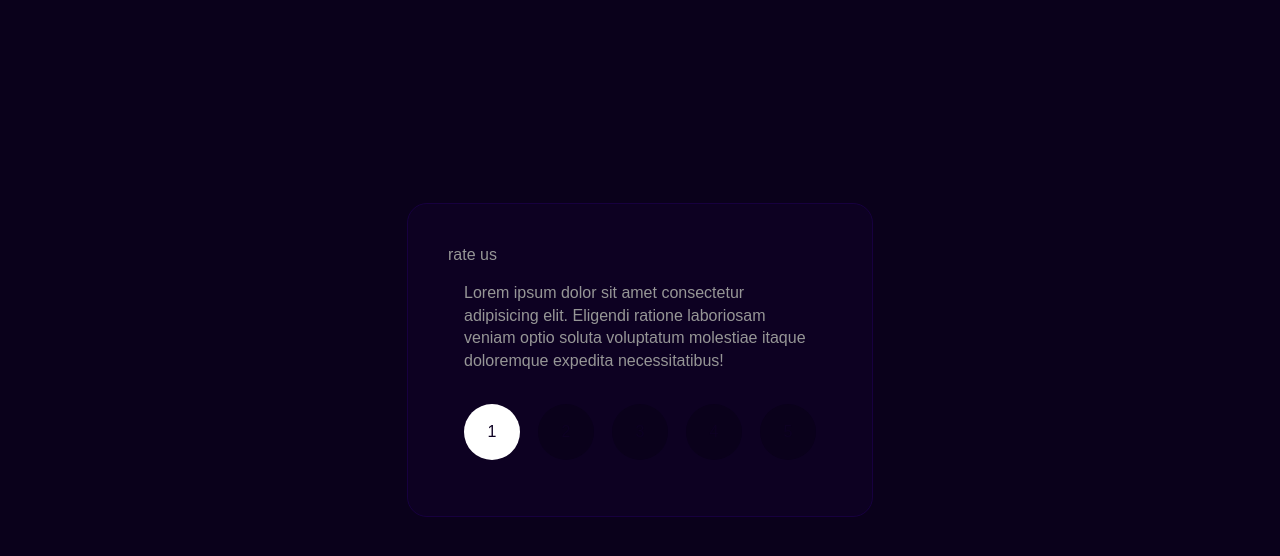
Repository: russel-success/xcodepp-TASK-2
Page: index.html
The author's editor kept a copy of each file at every save. The page is drawn from the files as they stood at one save, then again after the next save.
The browser window is 1280 px wide. The pictures show the whole page.
The pointer rests on the first visible `.rating`.

Above is the page before, as saved 2024-05-24 23:06:10.

After the next save:
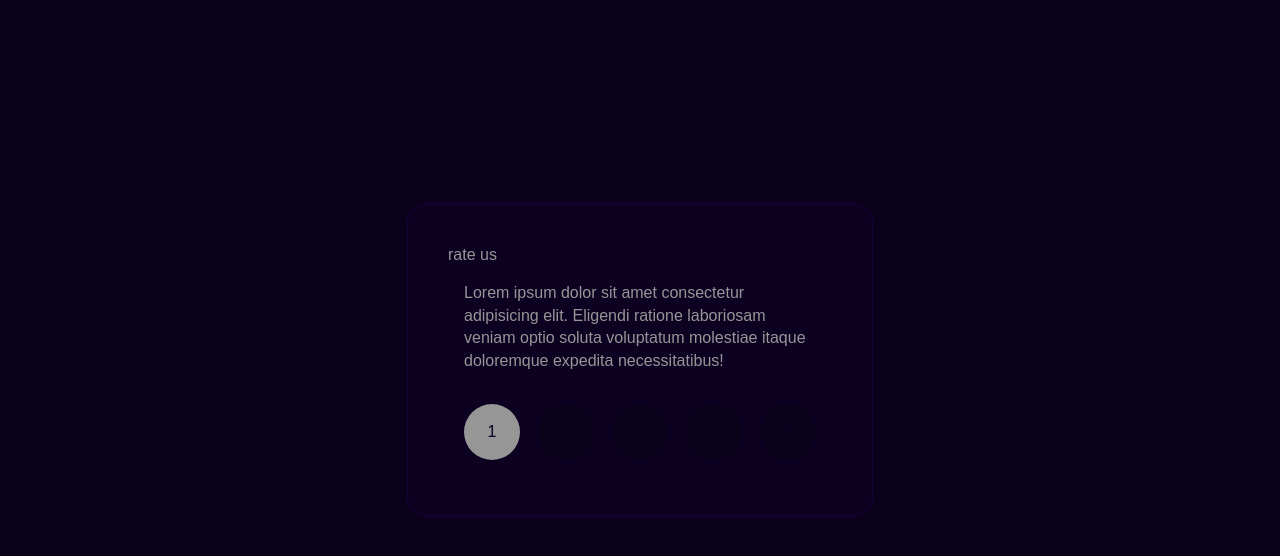
Saved 4 s later.
--- a/styles/styles.css
+++ b/styles/styles.css
@@ -52,7 +52,7 @@
     color:rgb(13, 1, 34);
 }
 .rating:hover{
-    background:white;
+    background:rgb(150, 150, 150);
     color:rgb(13, 1, 34);
 }
 .rating:active{
